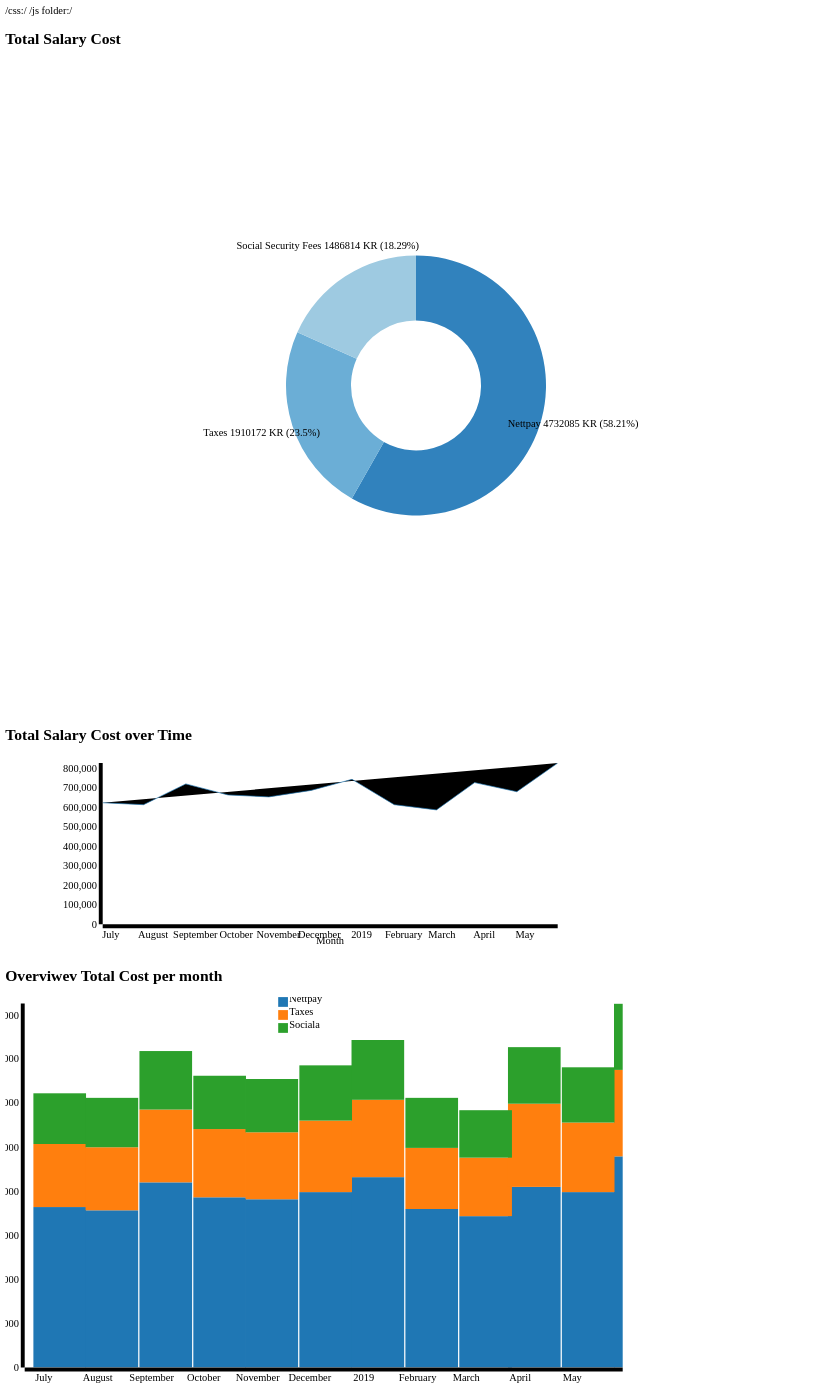
Repository: Code-Institute-Submissions/danfiliphoff-Milestoneproject-2
Page: index.html
The author's editor kept a record of every edit. The page is drawn from the files as they stood at one moment, then again after the next edit.
The browser window is 1280 px wide. The pictures show the whole page, at 65% of full size.

Above is the page before.

### index.html
<!DOCTYPE html>
<html lang="en">
<head>
    <meta charset="UTF-8">
    <meta name="viewport" content="width=device-width, initial-scale=1.0">
    <meta http-equiv="X-UA-Compatible" content="ie=edge">
    <title>Payroll Dashboard</title>
    /css:/
    <link rel="stylesheet" href="static/css/style.css" type="text/css" />
    <link rel="stylesheet" href="" type="text/css" />
    /js folder:/
    <script type="text/javascript" src="static/js/d3.min.js"></script>
    <script type="text/javascript" src="static/js/d3-time-format.v2.min.js"></script>
    <script type="text/javascript" src="static/js/crossfilter.min.js"></script>
    <script type="text/javascript" src="static/js/dc.min.js"></script>
    <script type="text/javascript" src="static/js/queue.min.js"></script>
    <script type="text/javascript" src="static/js/payroll.data.js"></script>
    <script type="text/javascript" src="static/js/total.cost.js"></script>

</head>

<body>
    <header>
    </header>
    <!--*****Graphs******-->
    <div>
        <!--*****Pie Chart******-->
        <div>
            <h2>Total Salary Cost</h2>
            <div id="total-cost-pie-chart"></div>
        </div>
        <!--*****Line Chart******-->
        <div>
            <h2>Total Salary Cost over Time</h2>
            <div id="total-cost-line-graph"></div>
        </div>
         <!--*****Stacked Bar Chart Total Cost Over Time******-->
        <div>
            <h2>Overviwev Total Cost per month</h2>
            <div id="total-cost-stacked-bar-chart"></div>
        </div>
    </div>

    <footer>
    </footer>

</body>
</html>

### static/js/total.cost.js
/*steg:
1. skapa HTML.
2. skapa function
3.lägg till function under make graph*/

/*väntar med att skapa graf tills data är laddat*/
queue()
    .defer(d3.csv, "data/total.cost.csv")
    .await(makeGraphs);

function makeGraphs(error, totalCost){

    var parseDate = d3.time.format("%Y-%m-%d").parse;
        totalCost.forEach(function(d){
            d.PaymentDate = parseDate(d.PaymentDate);
        });


   var ndx=crossfilter(totalCost);
   makePie(ndx);
   TotalLineGraph(ndx);
   StackedBarChartTotalCost(ndx);
   dc.renderAll();
}


/*skapar graf och hämtar data*/
function StackedBarChartTotalCost(ndx){
    var payment_date_dim_bar = ndx.dimension(dc.pluck("PaymentDate"));

    var minDate = payment_date_dim_bar.bottom(1)[0].PaymentDate;
    var maxDate = payment_date_dim_bar.top(1)[0].PaymentDate;

    var NettpayByMonth = payment_date_dim_bar.group().reduceSum(function (d) {
            if (d.Type === 'Nettpay') {
                return +d.Sum;
            } else {
                return 0;
            }
        });

    var TaxesByMonth = payment_date_dim_bar.group().reduceSum(function (d) {
            if (d.Type === 'Taxes') {
                return +d.Sum;
            } else {
                return 0;
            }
        });

    var SocialSecurityFeesByMonth = payment_date_dim_bar.group().reduceSum(function (d) {
            if (d.Type === 'Social Security Fees') {
                return +d.Sum;
            } else {
                return 0;
            }
        });

    dc.barChart('#total-cost-stacked-bar-chart')
            .width(1000)
            .height(600)
            .dimension(payment_date_dim_bar)
            .group(NettpayByMonth, "Nettpay")
            .stack(TaxesByMonth, "Taxes")
            .stack(SocialSecurityFeesByMonth, "Sociala")
            .elasticX(true)
            .xAxisPadding(5)
            .x(d3.time.scale().domain([minDate,maxDate]))
            .xUnits(d3.time.months)
            .legend(dc.legend().x(420).y(0).itemHeight(15).gap(5));


}


function TotalLineGraph(ndx) {
    var payment_date_dim = ndx.dimension(dc.pluck("PaymentDate"));
    var total_spend_per_date = payment_date_dim.group().reduceSum(dc.pluck('Sum'));

    var minDate = payment_date_dim.bottom(1)[0].PaymentDate;
    var maxDate = payment_date_dim.top(1)[0].PaymentDate;

    dc.lineChart('#total-cost-line-graph')
        .width(1000)
        .height(300)
        .margins({top: 10, right: 150, bottom: 30, left: 150})
        .dimension(payment_date_dim)
        .group(total_spend_per_date)
        .transitionDuration(500)
        .x(d3.time.scale().domain([minDate,maxDate]))
        .xAxisLabel("Month")
        .yAxis().ticks(8);
}



function makePie(ndx) {
    var type_dim = ndx.dimension(dc.pluck("Type"));
    var total_cost_pie_chart = type_dim.group().reduceSum(dc.pluck('Sum'));

    dc.pieChart('#total-cost-pie-chart')
        .height(1000)
        .radius(200)
        .innerRadius(100)
        .transitionDuration(1500)
        .dimension(type_dim)
        .group(total_cost_pie_chart)
        .externalLabels(50)
        /*8129071: har summerat ihopp för hand vill hitta kod som summerar ihopp åt mig.
        *100)/100 i slutet av formeln är för att få med 2 decimal tecken i procenten
        */
        .label(function(d){return d.key + " " + d.value + " " + "KR (" +  Math.round((d.value/(8129071/100))*100)/100 + "%)"})
        .renderLabel(true);
}

Loaded but not shown: static/js/d3.min.js (library); static/js/d3-time-format.v2.min.js (library); static/js/crossfilter.min.js (library); static/js/dc.min.js (library); static/js/queue.min.js (common file); static/css/style.css (no copy from this time; the picture is the same without it); static/js/payroll.data.js (no copy from this time; the picture is the same without it)

After the next edit:
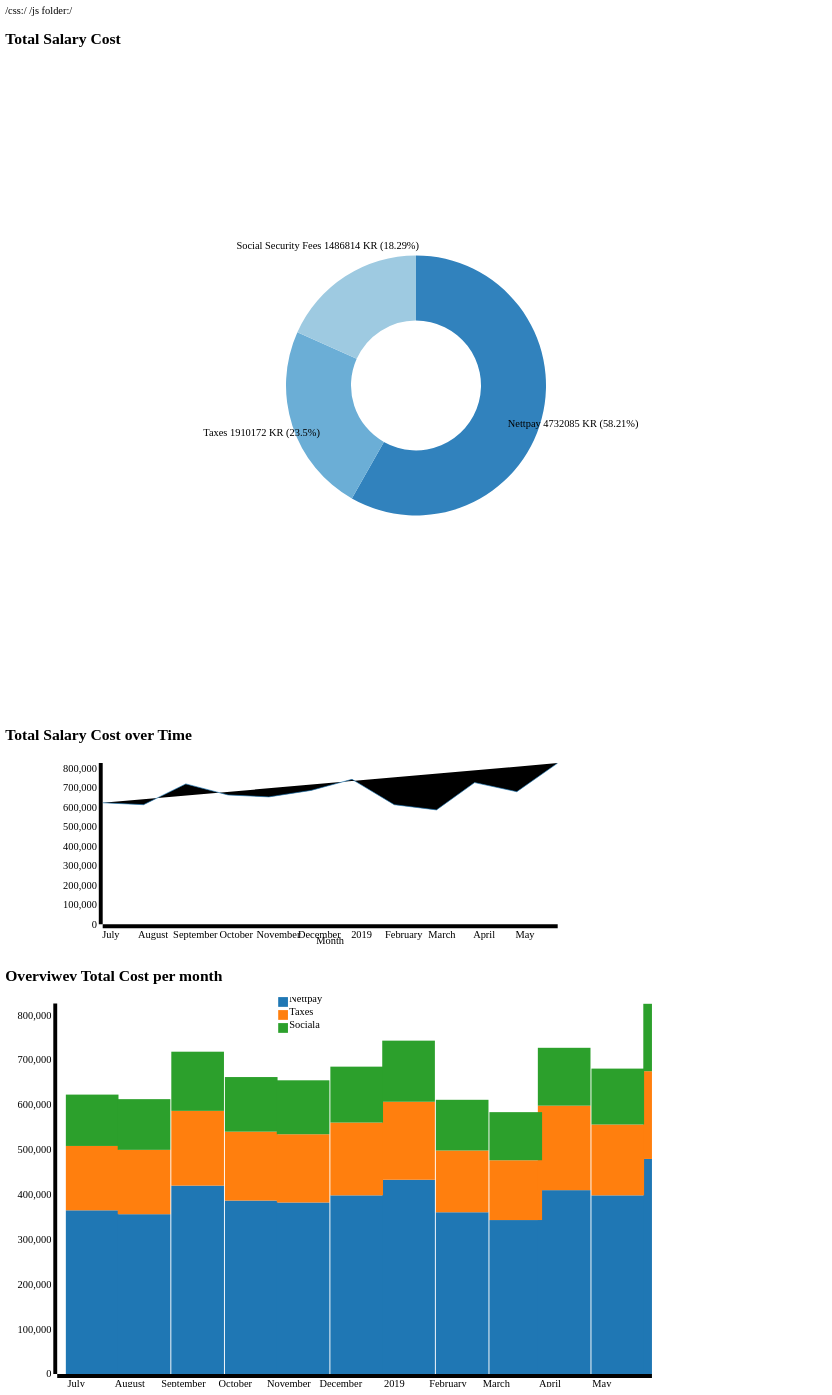
The edit:
--- a/static/js/total.cost.js
+++ b/static/js/total.cost.js
@@ -58,6 +58,7 @@
     dc.barChart('#total-cost-stacked-bar-chart')
             .width(1000)
             .height(600)
+            .margins({top: 10, left: 80, right: 5, bottom: 20})
             .dimension(payment_date_dim_bar)
             .group(NettpayByMonth, "Nettpay")
             .stack(TaxesByMonth, "Taxes")
